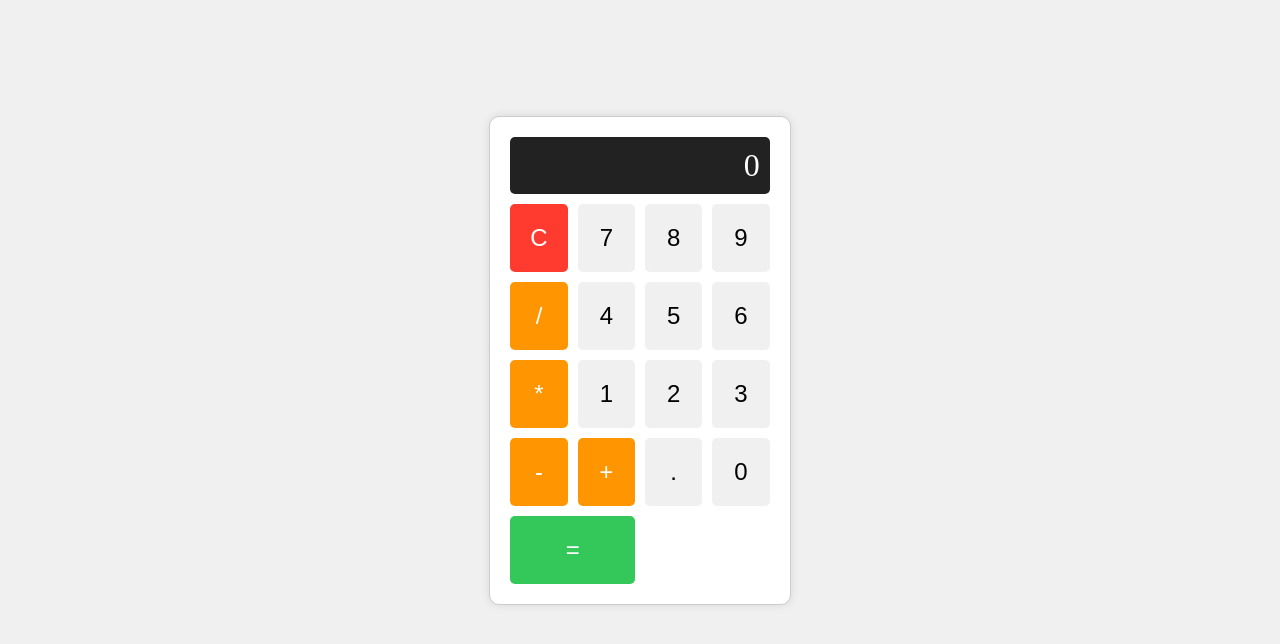
Repository: alizey12/calculator
Page: index.html
An editor plug-in stored every save of this project. The page is shown before and after a run of saves, followed by the edit.
The browser window is 1280 px wide. The pictures show the whole page.

Above is the page before, as saved 2024-11-23 18:36:53.

### index.html
<!DOCTYPE html>
<html lang="en">
<head>
    <meta charset="UTF-8">
    <meta name="viewport" content="width=device-width, initial-scale=1.0">
    <title>Document</title>
    <link rel="stylesheet" href="styles.css">
</head>
<body>


        <div class="calculator">
            <div class="display" id="display">0</div>
            <div class="buttons">

                <!--




               -->
                <button class="btn" id="clear">C</button>
                <button class="btn">7</button>
                <button class="btn">8</button>
                <button class="btn">9</button>
                <button class="btn operator">/</button>
                <button class="btn">4</button>
                <button class="btn">5</button>
                <button class="btn">6</button>
                <button class="btn operator">*</button>
                <button class="btn">1</button>
                <button class="btn">2</button>
                <button class="btn">3</button>
                <button class="btn operator">-</button>
                <button class="btn operator">+</button>
                <button class="btn">.</button>
                <button class="btn">0</button>
                <button class="btn operator" id="equals">=</button>


            </div>
        </div>


    <script src="script.js"></script>
</body>
</html>

### styles.css
body {
    display: flex;
    justify-content: center;
    align-items: center;
    height: 100vh;
    background-color: #f0f0f0;
    margin: 0;
}

.calculator {
    border: 1px solid #ccc;
    border-radius: 10px;

    padding: 20px;
    background-color: #fff;
    box-shadow: 0 0 10px rgba(0, 0, 0, 0.1);
}

.display {
    font-size: 2em;
    margin-bottom: 10px;
    padding: 10px;

    background-color: #222;
    color: #fff;
    text-align: right;
    border-radius: 5px;
}
#display{
    height: 80%;
}
.buttons {
    display: grid;
    grid-template-columns: repeat(4, 1fr);
    gap: 10px;
}

.btn {
    padding: 20px;
    font-size: 1.5em;
    border: none;
    border-radius: 5px;
    background-color: #f0f0f0;
    cursor: pointer;
}

.btn.operator {
    background-color: #ff9500;
    color: #fff;
}

.btn#clear {
    background-color: #ff3b30;
    color: #fff;
}

.btn#equals {
    grid-column: span 2;
    background-color: #34c759;
    color: #fff;
}

Loaded but not shown: script.js (no copy from this time; the picture is the same without it)

After the next 2 saves:
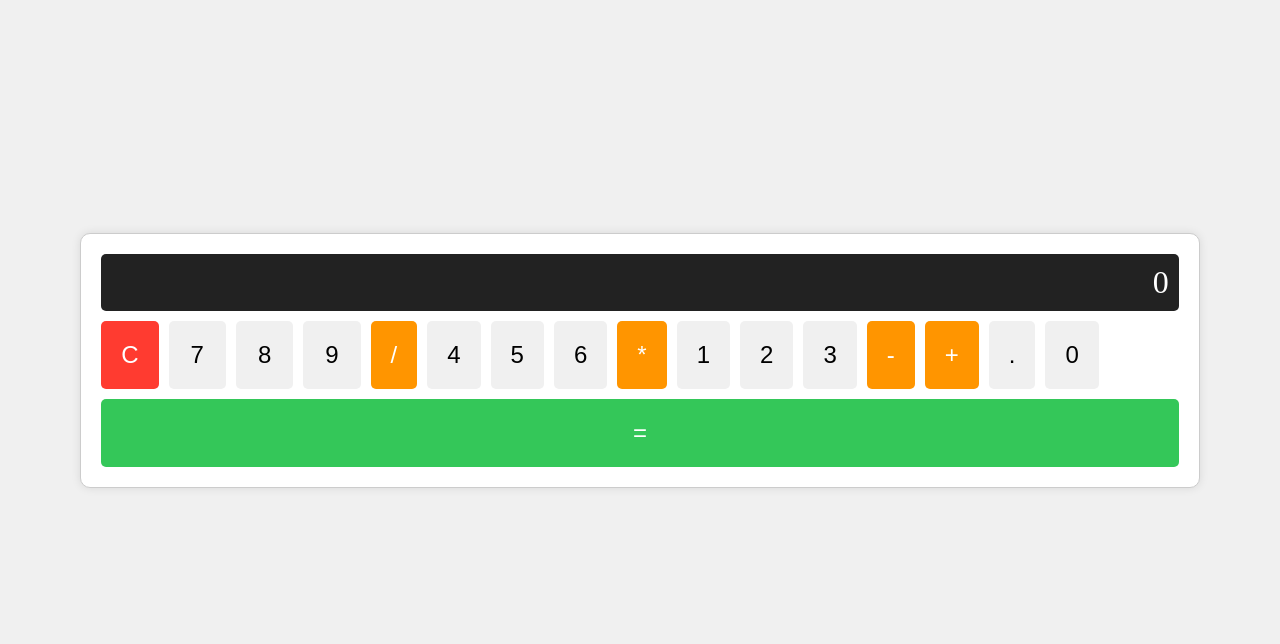
The 2 saves are shown as one change because they came seconds apart.
The last was saved 17 s later.
--- a/styles.css
+++ b/styles.css
@@ -55,7 +55,7 @@
 }
 
 .btn#equals {
-    grid-column: span 2;
+    grid-column: span 24;
     background-color: #34c759;
     color: #fff;
 }

After the save that followed:
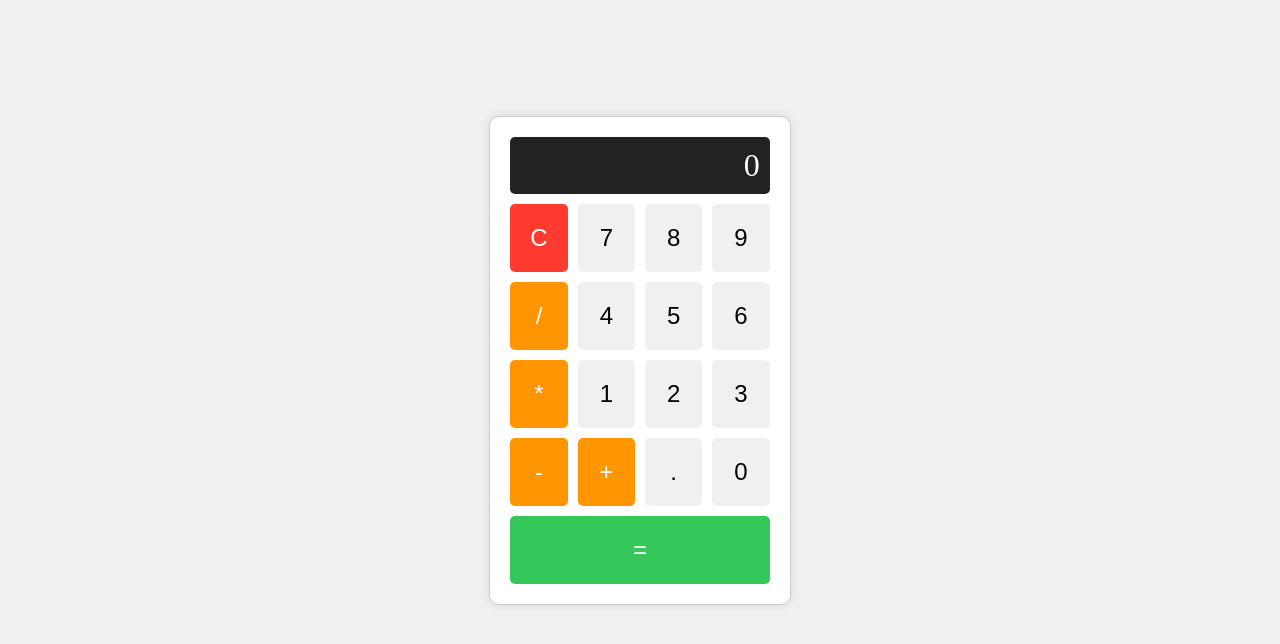
Saved 4 s later.
--- a/styles.css
+++ b/styles.css
@@ -55,7 +55,7 @@
 }
 
 .btn#equals {
-    grid-column: span 24;
+    grid-column: span 4;
     background-color: #34c759;
     color: #fff;
 }
